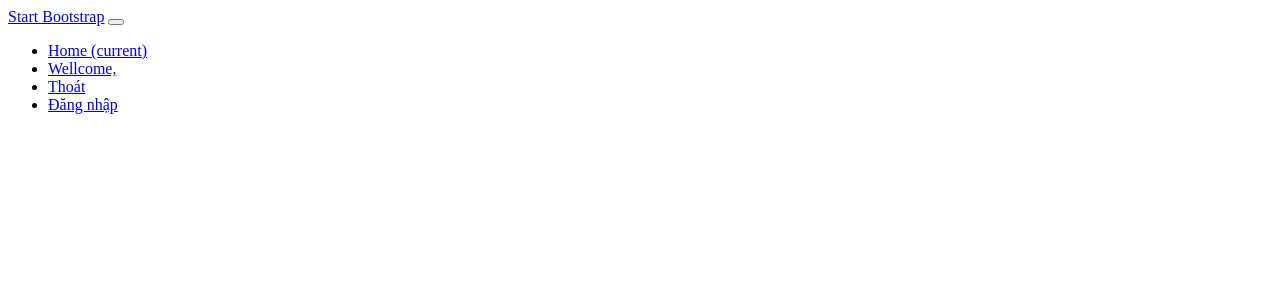
Repository: NgocTruong0701/Web_JSP_Servlet
Page: http://localhost/new-jdbc/common/web/header.jsp
An editor plug-in stored every save of this project. The page is shown before and after the next save, followed by the edit.
The browser window is 1280 px wide. The pictures show the whole page.
The page is served by Tomcat 9.

Above is the page before, as saved 2023-03-13 16:40:48.

After the next save:
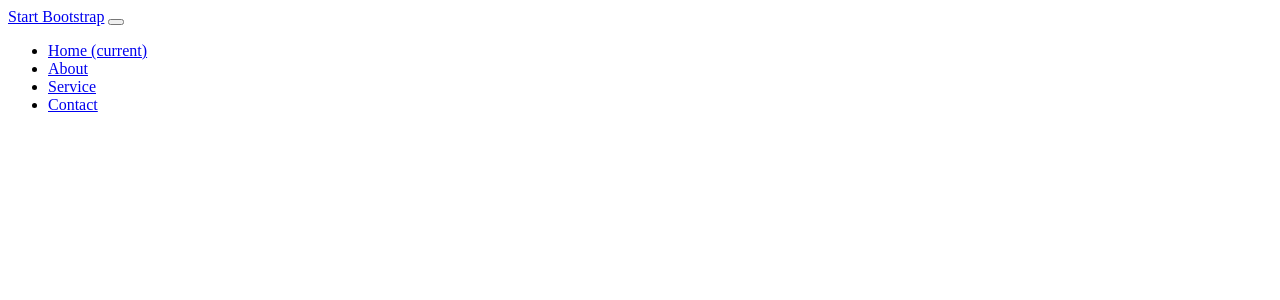
Saved 2 min 4 s later.
--- a/new-jdbc/src/main/webapp/common/web/header.jsp
+++ b/new-jdbc/src/main/webapp/common/web/header.jsp
@@ -14,17 +14,17 @@
 				<li class="nav-item active">
 					<a class="nav-link" href="#">Home
 					<span class="sr-only">(current)</span>
-				</a></li>
-				<c:if test="${not empty USERMODEL}">
-					<li class="nav-item"><a class="nav-link" href='#'>Wellcome,
-							${USERMODEL.fullName}</a></li>
-					<li class="nav-item"><a class="nav-link"
-						href='<c:url value="/thoat?action=logout"/>'>Thoát</a></li>
-				</c:if>
-				<c:if test="${empty USERMODEL}">
-					<li class="nav-item"><a class="nav-link"
-						href='<c:url value="/dang-nhap?action=login"/>'>Đăng nhập</a></li>
-				</c:if>
+					</a>
+				</li>
+				<li class="nav-item">
+					<a class="nav-link" href="#">About</a>
+				</li>
+				<li class="nav-item">
+					<a class="nav-link" href="#">Service</a>
+				</li>
+				<li class="nav-item">
+					<a class="nav-link" href="#">Contact</a>
+				</li>
 			</ul>
 		</div>
 	</div>
